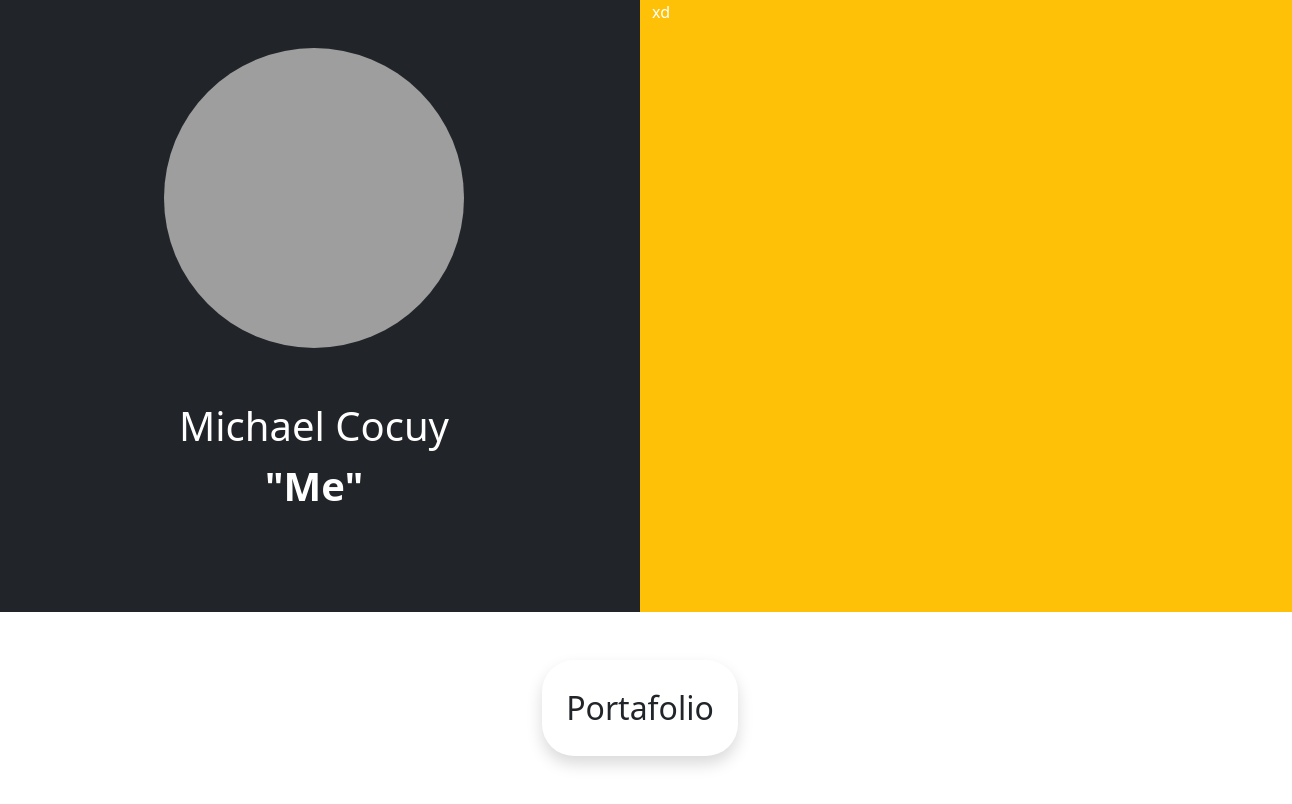
Repository: TzStrikerYT/Dise-o-web-NA00
Page: Proyecto_personal/index.html
The author's editor kept a copy of each file at every save. The page is drawn from the files as they stood at one save, then again after the next save.
The browser window is 1280 px wide. The page is 1292 px wide, so the pictures cover 1292 px, including what lies to the right of the window. The pictures show the whole page.
Pictures or frames that could not be fetched are drawn as grey boxes.

Above is the page before, as saved 2024-08-28 21:25:55.

After the next save:
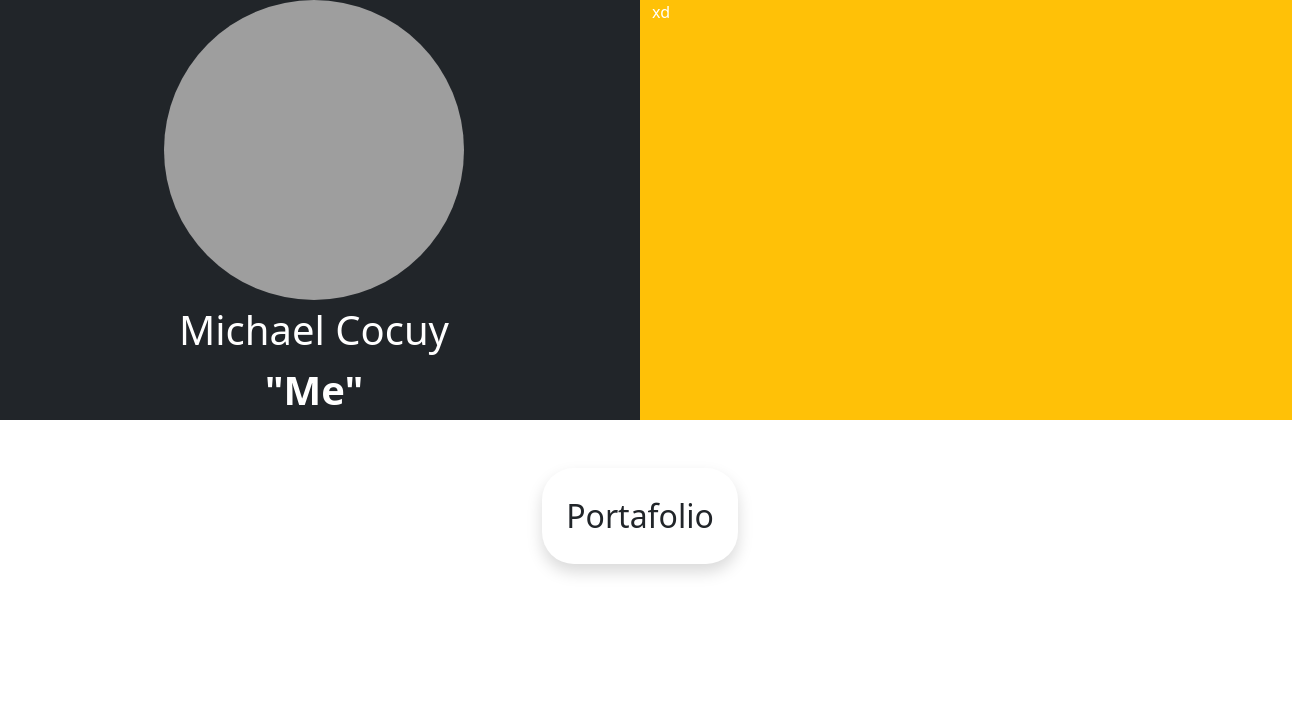
Saved 15 s later.
--- a/Proyecto_personal/index.html
+++ b/Proyecto_personal/index.html
@@ -20,11 +20,11 @@
     </div> -->
 
     <div class="row text-white">
-        <div class="py-5 bg-dark col-md-6 d-flex flex-column align-items-center">
+        <div class="bg-dark col-md-6 d-flex flex-column align-items-center">
             <div class="mi-image border-0 rounded-circle">
                 <!-- imagen -->
             </div>
-            <div class="py-5 d-flex flex-column align-items-center">
+            <div class="d-flex flex-column align-items-center">
                 <span class="fs-1">Michael Cocuy</span>
                 <span class="fs-1 fw-bolder">"Me"</span>
             </div>

After the save that followed:
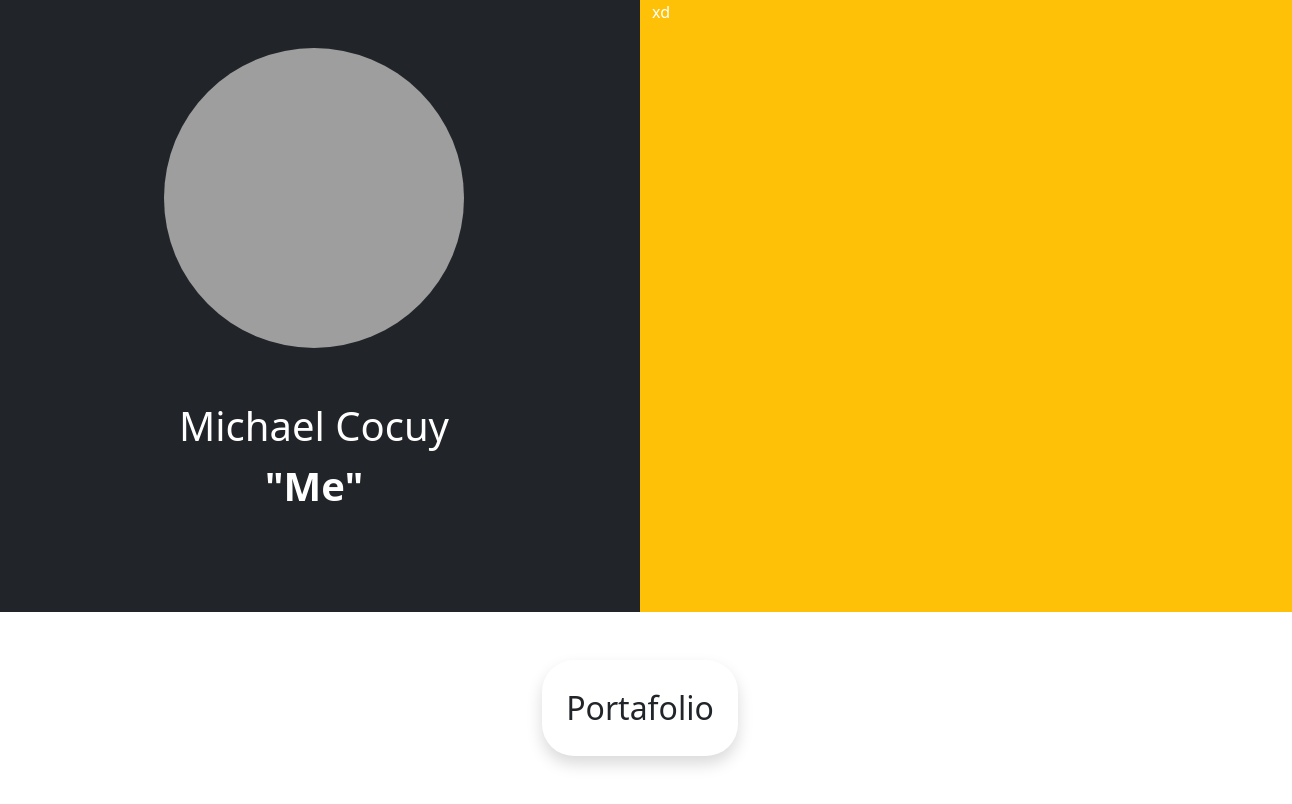
Saved 6 s later.
--- a/Proyecto_personal/index.html
+++ b/Proyecto_personal/index.html
@@ -20,11 +20,11 @@
     </div> -->
 
     <div class="row text-white">
-        <div class="bg-dark col-md-6 d-flex flex-column align-items-center">
+        <div class="py-5 bg-dark col-md-6 d-flex flex-column align-items-center">
             <div class="mi-image border-0 rounded-circle">
                 <!-- imagen -->
             </div>
-            <div class="d-flex flex-column align-items-center">
+            <div class="py-5 d-flex flex-column align-items-center">
                 <span class="fs-1">Michael Cocuy</span>
                 <span class="fs-1 fw-bolder">"Me"</span>
             </div>
